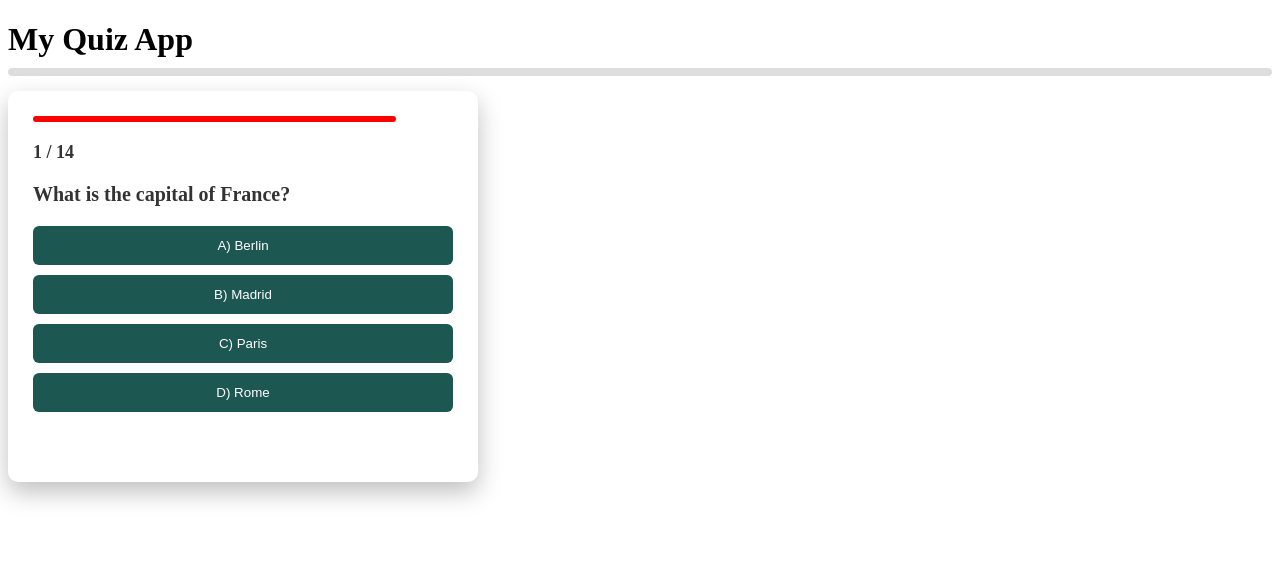
Repository: fatimaqueen9967-eng/SyntacexhubQuizApp
Page: index.html
An editor plug-in stored every save of this project. The page is shown before and after the next save, followed by the edit.
The browser window is 1280 px wide. The pictures show the whole page.

Above is the page before, as saved 2026-03-15 07:13:17.

After the next save:
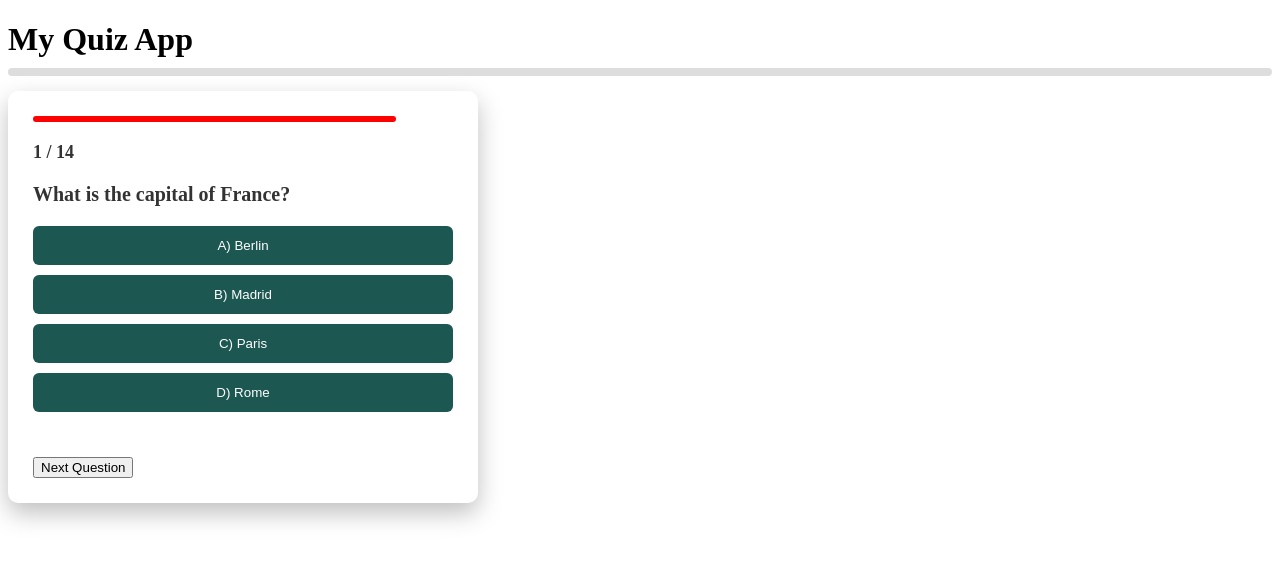
Saved 43 s later.
--- a/index.html
+++ b/index.html
@@ -149,6 +149,8 @@
         <button>D) Colorful Style Sheets</button>
     </div>
     <div id="feedback"></div>
+
+<button id="nextBtn">Next Question</button>
     </div>
 
 <script src="script.js"></script>
